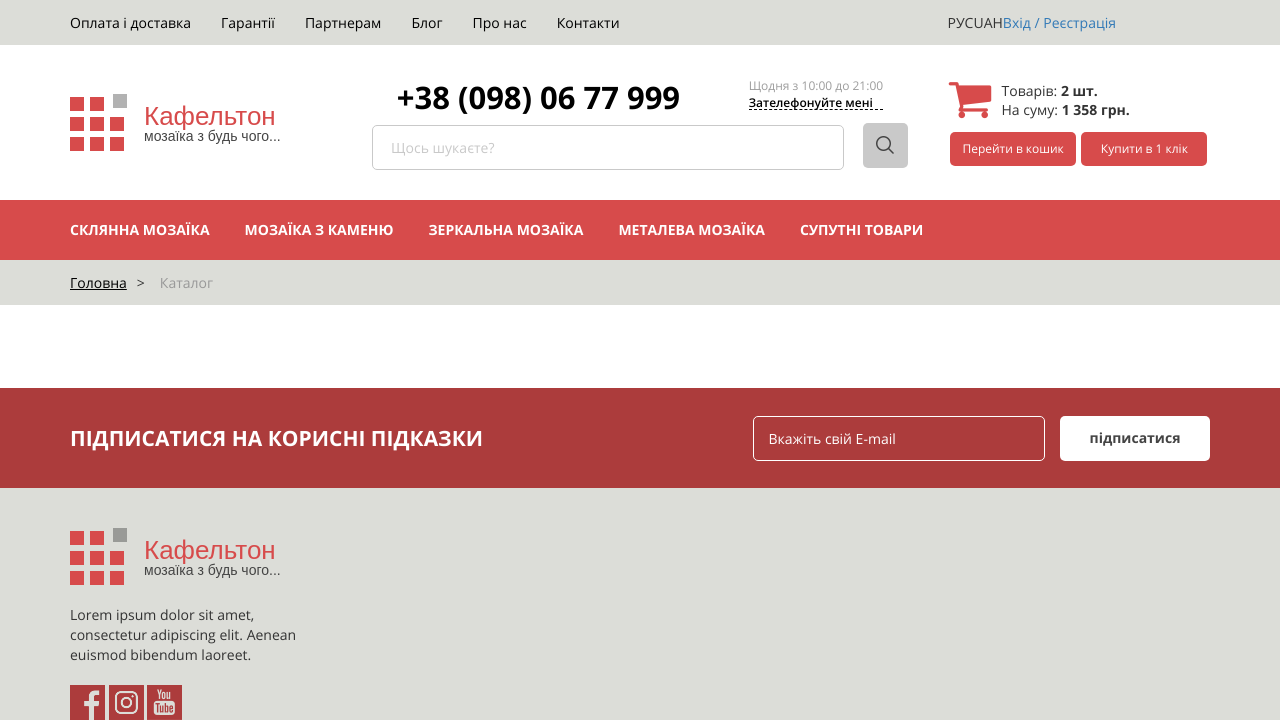
Repository: zellenka/mozaika
Page: app/index.html
An editor plug-in stored every save of this project. The page is shown before and after the next save, followed by the edit.
The browser window is 1280 px wide. The pictures show the whole page.
Some web fonts or font styles are not loaded; a fallback is used. The style sheet was rebuilt from its Sass, Less or Tailwind sources for each picture, by a compiler version that may differ from the author's.

Above is the page before, as saved 2018-07-13 16:18:18.
Console error (its wording comes from the project's code and is left out).

### app/index.html
<!DOCTYPE html>
<html lang="en">
<head>
	<meta charset="UTF-8">
	<meta name="viewport" content="width=device-width, initial-scale=1.0">
	<title>Mozaika</title>
	<link rel="stylesheet" href="https://maxcdn.bootstrapcdn.com/bootstrap/3.3.7/css/bootstrap.min.css" integrity="sha384-BVYiiSIFeK1dGmJRAkycuHAHRg32OmUcww7on3RYdg4Va+PmSTsz/K68vbdEjh4u" crossorigin="anonymous">
	<link rel="stylesheet" href="/libs/normalize.css">
	<link rel="stylesheet" href="/css/libs.min.css">
	<link rel="stylesheet" href="/css/main.css">
</head>
<body>
	<header class="header">
		<div class="header__top">
			<div class="container">
				<div class="row">
					<div class="col-md-9">
						<ul class="header__top-nav">
							<li class="header__top-nav-item"><a href="/">Оплата і доставка</a></li>
							<li class="header__top-nav-item"><a href="/">Гарантії</a></li>
							<li class="header__top-nav-item"><a href="/">Партнерам</a></li>
							<li class="header__top-nav-item"><a href="/">Блог</a></li>
							<li class="header__top-nav-item"><a href="/">Про нас</a></li>
							<li class="header__top-nav-item"><a href="/">Контакти</a></li>
						</ul>
					</div>
					<div class="col-md-3">
						<ul class="header__top-enter-menu">
							<li>РУС</li>
							<li>UAH</li>
							<li><a href="/">Вхід / Реєстрація</a></li>
						</ul>
					</div>
				</div>
			</div>
		</div>
		<div class="header__middle">
			<div class="container">
				<div class="row header__middle-row">
					<a href="" class="col-md-3 header__middle-logo">
						<img src="/img/logo.png" alt="" class="header__middle-logo-img">
						<div>
								<p class="header__middle-logo-text">Кафельтон</p>
								<p class="header__middle-logo-slogan">мозаїка з будь чого...</p>
						</div>
					</a>
					<div class="col-md-6 header__middle-search">
						<div class="header__middle-search_block">
								<a href="tel:+380980677999" class="header__middle-search-phone">+38 (098) 06 77 999</a>
								<div class="header__middle-search-block">
									<p class="header__middle-search-time">Щодня з 10:00 до 21:00</p>
									<p class="header__middle-search-modal">Зателефонуйте мені</p>
								</div>
						</div>
						<div class="header__middle-search_block">
							<input type="text" class="header__middle-search_block-input" placeholder="Щось шукаєте?">
							<button type="button" class="header__middle-search_block-button"><img src="/img/icon.png" alt=""></button>
						</div>

					</div>
					<div class="col-md-3 header__middle-basket">
						<div class="header__middle-basket-top">
							<img src="/img/cart.png" alt="">
							<div class="header__middle-basket-info">
									<p>Товарів: <span class="header__middle-basket-info_bold">2</span> <span class="header__middle-basket-info_bold">шт.</span></p>
									<p>На суму: <span class="header__middle-basket-info_bold">1 358</span> <span class="header__middle-basket-info_bold">грн.</span></p>
							</div>
						</div>
						<div class="header__middle-basket-bottom">
							<a class="header__middle-basket-bottom-button header___red-button">Перейти в кошик</a>
							<a class="header__middle-basket-bottom-button header___red-button">Купити в 1 клік</a>
						</div>
					</div>
				</div>
			</div>
		</div>
		<div class="menu-block">
			<div class="container">
				<div class="row">
					<div class="col-md-12">
							<ul class="menu-block">
									<li class="menu-block__item">
										<a href="">СКЛЯНнА МОЗАЇКА</a>
									</li>
									<li class="menu-block__item"><a href="">МОЗАЇКА з каменю</a></li>
									<li class="menu-block__item"><a href="">зеркальна МОЗАЇКА </a></li>
									<li class="menu-block__item"><a href="">металева МОЗАЇКА</a></li>
									<li class="menu-block__item"><a href="">СУПУТНІ ТОВАРИ</a></li>
								</ul>
					</div>
				</div>
			</div>
		</div>
		<div class="breadcrumbs-block">
			<div class="container">
				<div class="row">
					<div class="col-lg-12">
							<ul class="breadcrumbs-block__list">
									<li class="breadcrumbs-block__item breadcrumbs-block__item_not-active"><a href="">Головна</a></li>
									<li class="breadcrumbs-block__item breadcrumbs-block__item_active"><a href="">Каталог</a></li>
								</ul>
					</div>
				</div>
			</div>
		</div>
	</header>
	<div class="main">

	</div>
	<footer class="footer">
		<div class="subscribe-block">
			<div class="container">
				<div class="row subscribe-block-row">
					<div class="col-md-5">
						<p class="subscribe-block__text">ПІДПИСАТИСЯ НА КОРИСНІ ПІДКАЗКИ</p>
					</div>
					<div class="col-md-5 col-md-offset-2">
						<form action="" class="subscribe-block__form">
							<input type="email" placeholder="Вкажіть свій E-mail" class="subscribe-block__input">
							<button type="submit" class="subscribe-block__button">підписатися</button>
						</form>
					</div>
				</div>
			</div>
		</div>
		<div class="footer-block container">
			<div class="row">
				<div class="col-md-3 footer-block__social">
						<a href="" class="header__middle-logo">
								<img src="/img/logo.png" alt="" class="header__middle-logo-img">
								<div>
										<p class="header__middle-logo-text">Кафельтон</p>
										<p class="header__middle-logo-slogan">мозаїка з будь чого...</p>
								</div>
						</a>
						<p class="footer-block__social-text">Lorem ipsum dolor sit amet,
								consectetur adipiscing elit. Aenean
								euismod bibendum laoreet.</p>

								<div class="footer-block__social-icons">
									<a href=""><img src="/img/facebook.png" alt=""></a>
									<a href=""><img src="/img/instagram.png" alt=""></a>
									<a href=""><img src="/img/youtube.png" alt=""></a>
								</div>
				</div>
				<div class="col-md-3"></div>
				<div class="col-md-3"></div>
				<div class="col-md-3"></div>
			</div>
		</div>
	</footer>





	<script src="https://maxcdn.bootstrapcdn.com/bootstrap/3.3.7/js/bootstrap.min.js" integrity="sha384-Tc5IQib027qvyjSMfHjOMaLkfuWVxZxUPnCJA7l2mCWNIpG9mGCD8wGNIcPD7Txa" crossorigin="anonymous"></script>
	<script src="js/libs.min.js"></script>
	<script src="js/common.js"></script>

</body>
</html>

### app/sass/libs.sass
@import "app/libs/magnific-popup/dist/magnific-popup.css" // Импортируем библиотеку Magnific Popup. Теперь обязательно указывается расширение .css
@import "app/libs/normalize.css"

### app/sass/main.sass
@font-face
  font-family: 'Raleway-ExtraBold'
  src: url('/fonts/11843.woff')

@font-face
  font-family: 'Raleway-Regular'
  src: url('/fonts/11851.woff')

@font-face
  font-family: 'Open-Sans-Bold'
  src: url('/fonts/2204.ttf')

@font-face
  font-family: 'Open-Sans-Semibold'
  src: url('/fonts/2212.ttf')

@font-face
  font-family: 'Open-Sans'
  src: url('/fonts/2211.ttf')

$main: #d74b4b

html
    min-height: 100%
    height: 100%

body
    font-family: Open-Sans
    min-height: 100%
    position: relative

.main
    min-height: 100%

ul
    list-style: none

.header__top
    width: 100%
    background: #dcddd8
    height: 45px

.header__top-nav, .header__top-enter-menu
    display: flex
    width: 100%
    height: 45px
    align-items: center
    padding: 0
    margin: 0
    line-height: 1

.header__top-nav-item
    margin-right: 30px
    a
        color: black

.header__middle
    padding: 30px 0
    background: #fff

.header__middle-row
    display: flex
    align-items: center

.header__middle-logo
    display: flex
    align-items: center
    &:hover
        text-decoration: none

.header__middle-logo-img
    width: 57px
    height: 57px
    margin-right: 17px

.header__middle-logo-text
    font-family: Raleway-ExtraBold, sans-serif
    font-size: 26px
    color: $main
    line-height: 1
    margin: 0

.header__middle-logo-slogan
    line-height: 1
    font-family: Raleway-Regular, sans-serif
    font-size: 14px
    color: #444444
    margin: 0

.header__middle-search_block
    display: flex
    width: 100%
    justify-content: space-around
    align-items: center

.header__middle-search-phone
    font-family: Open-Sans-Bold
    font-size: 31px
    color: #000
    &:hover

.header__middle-search-block
    line-height: 1

.header__middle-search-time
    color: #9d9d9d
    font-size: 12px
    font-family: Open-Sans
    margin: 5px 0

.header__middle-search-modal
    font-family: Open-Sans-Semibold
    color: black
    font-size: 12px
    border-bottom: 1px dashed black
    &:hover
        cursor: pointer

.header__middle-search_block-input
    width: 85%
    border-radius: 5px
    border: 1px solid #c9c9c9
    height: 45px
    padding-left: 18px
    margin-top: 5px
    &::placeholder
        color: #c9c9c9

.header__middle-search_block-button
    width: 45px
    height: 45px
    display: flex
    justify-content: center
    align-items: center
    border-radius: 5px
    background: #c9c9c9
    border: none
    padding: 0
    margin: 0

.header__middle-basket-top
    display: flex
    width: 100%
    align-items: center

.header__middle-basket-info
    line-height: 1
    font-family: Open-Sans
    p
        margin: 0

.header__middle-basket-info_bold
    font-family: Open-Sans-Bold

.header__middle-basket-bottom
    display: flex
    justify-content: space-around

.header__middle-basket-bottom-button
    font-size: 12px
    width: 48%

.header___red-button
    color: #fff
    background: rgb(215, 75, 75)
    border-radius: 5px
    height: 34px
    display: flex
    justify-content: center
    text-align: center
    align-items: center
    line-height: 1
    padding: 0 5px

.header__middle-basket-top
    margin-bottom: 10px

.header__middle-basket-info
    margin-left: 10px
    p
        margin: 5px 0

.menu-block
    background: $main
    width: 100%

.menu-block
    height: 60px
    display: flex
    width: 100%
    align-items: center
    margin: 0
    padding: 0

.menu-block__item
    margin-right: 35px
    a
        color: #fff
        font-family: Open-Sans-Bold
        font-size: 14px
        text-transform: uppercase

.breadcrumbs-block
    width: 100%
    background: #dcddd8

.breadcrumbs-block__list
    display: flex
    width: 100%
    padding: 0
    margin: 0
    height: 45px
    align-items: center
    justify-content: flex-start

.breadcrumbs-block__item_not-active
    margin-right: 15px
    a
        color: #000
        text-decoration: underline
    &::after
        content: "> "
        margin-left: 10px

.breadcrumbs-block__item_active
    a
        color: #999999
        &:hover
            cursor: default
            pointer-events: none
            cursor: default
            text-decoration: none

.footer
    position: absolute
    bottom: 0
    right: 0
    left: 0
    background: #dcddd8

.subscribe-block
    width: 100%
    background: #ac3c3c

.subscribe-block-row
    height: 100px
    display: flex
    align-items: center

.subscribe-block__text
    margin: 0
    text-align: left
    color: #fff
    font-family: Open-Sans-Bold
    font-size: 21px

.subscribe-block__form
    display: flex
    width: 100%
    justify-content: space-between

.subscribe-block__input
    width: 80%
    border: 1px solid #fff
    border-radius: 5px
    background: #ac3c3c
    color: #fff
    height: 45px
    padding-left: 15px
    margin-right: 15px
    &::placeholder
        color: #fff

.subscribe-block__button
    border-radius: 5px
    background: #fff
    color: #444444
    font-family: Open-Sans-Bold
    font-size: 14px
    border: none
    min-width: 150px
    height: 45px

.footer-block
    padding-top: 40px

.footer-block__social

.footer-block__social-text
    font-size: 14px
    margin: 20px 0

.footer-block__social-icons
    img
        width: 35px
        height: 35px

Loaded but not shown: app/libs/normalize.css (library); app/js/libs.min.js (library); app/js/common.js (common file); app/libs/magnific-popup/dist/magnific-popup.css (library)

After the next save:
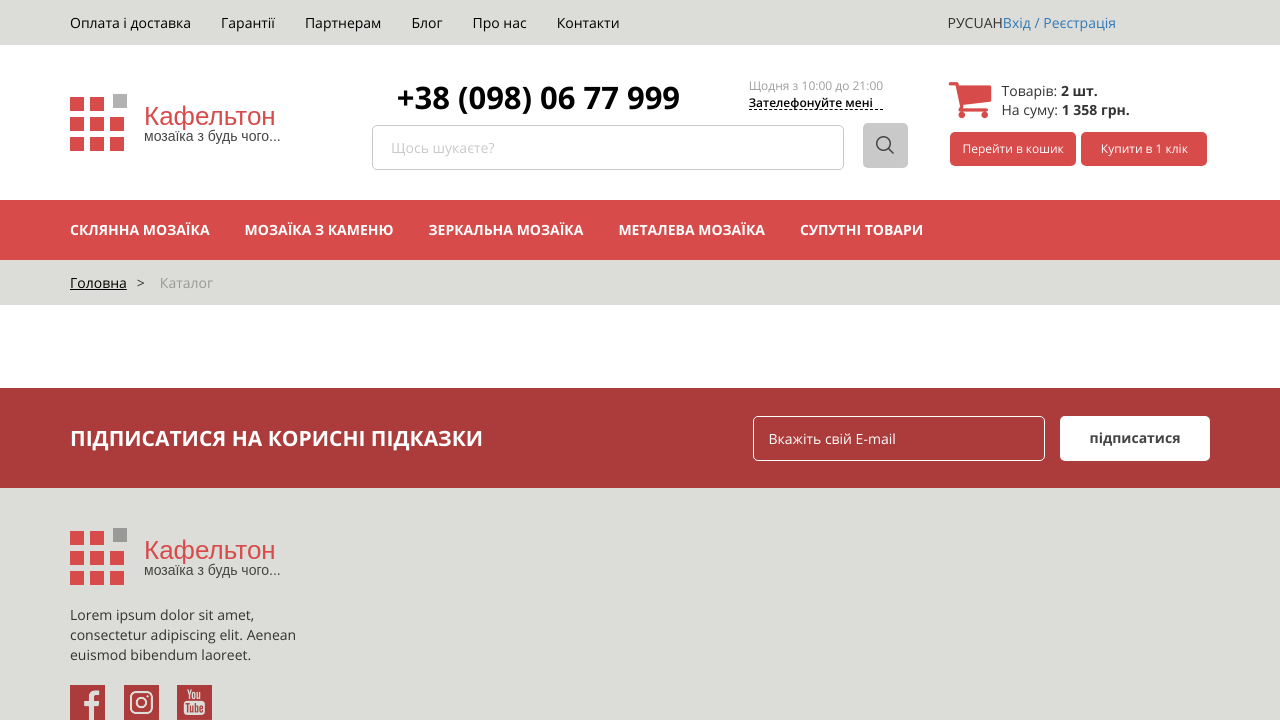
Saved 23 s later.
--- a/app/sass/main.sass
+++ b/app/sass/main.sass
@@ -294,3 +294,4 @@ ul
     img
         width: 35px
         height: 35px
+        margin-right: 15px
